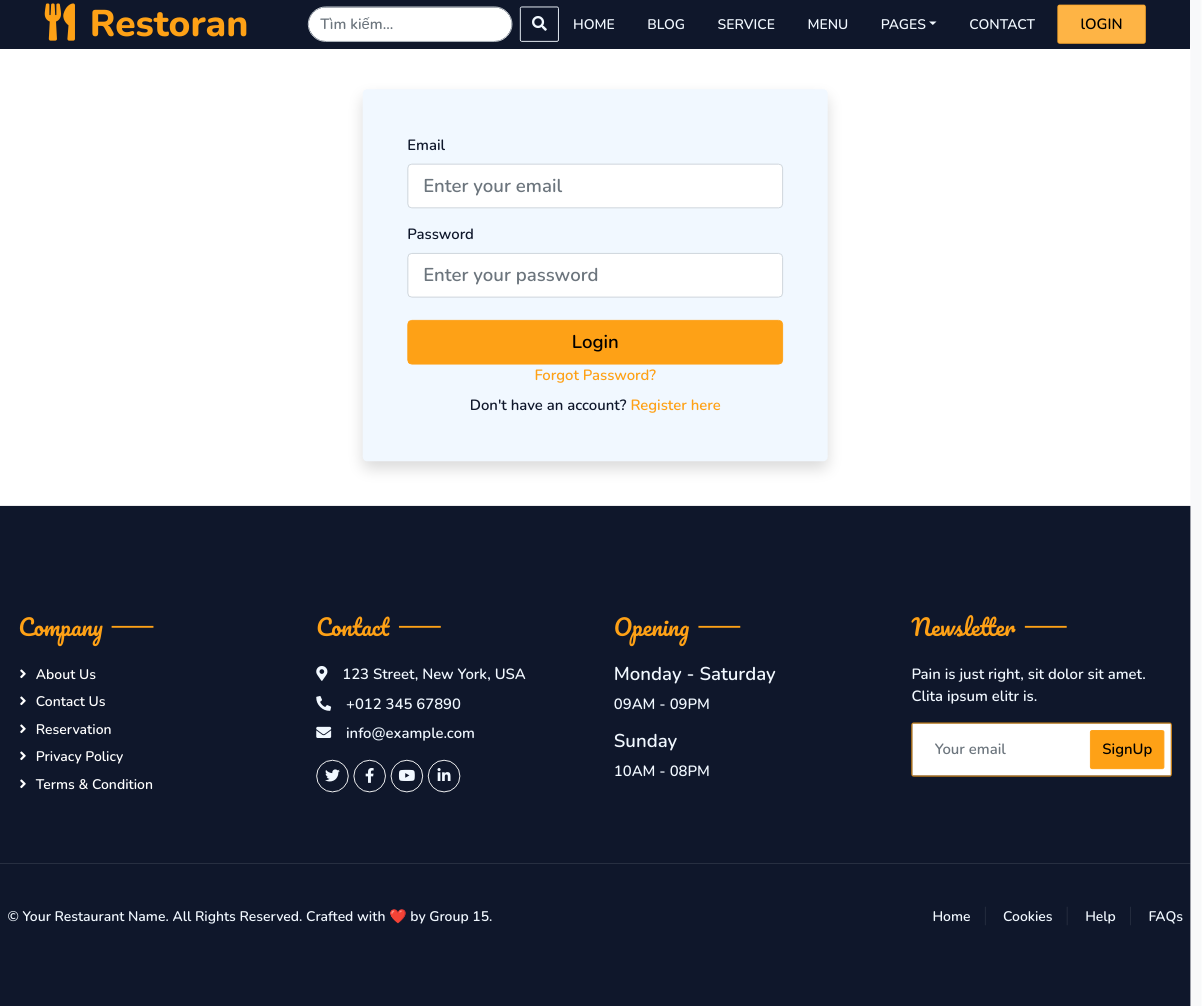
Repository: HoangKhangKhuPho4/Project_Web
Page: login.html
An editor plug-in stored every save of this project. The page is shown before and after the next save, followed by the edit.
The browser window is 1280 px wide. The page is 1292 px wide, so the pictures cover 1292 px, including what lies to the right of the window. The pictures show the whole page, at 93% of full size.
Some web libraries are served in a nearby version.

Above is the page before, as saved 2025-01-02 20:29:09.

After the next save:
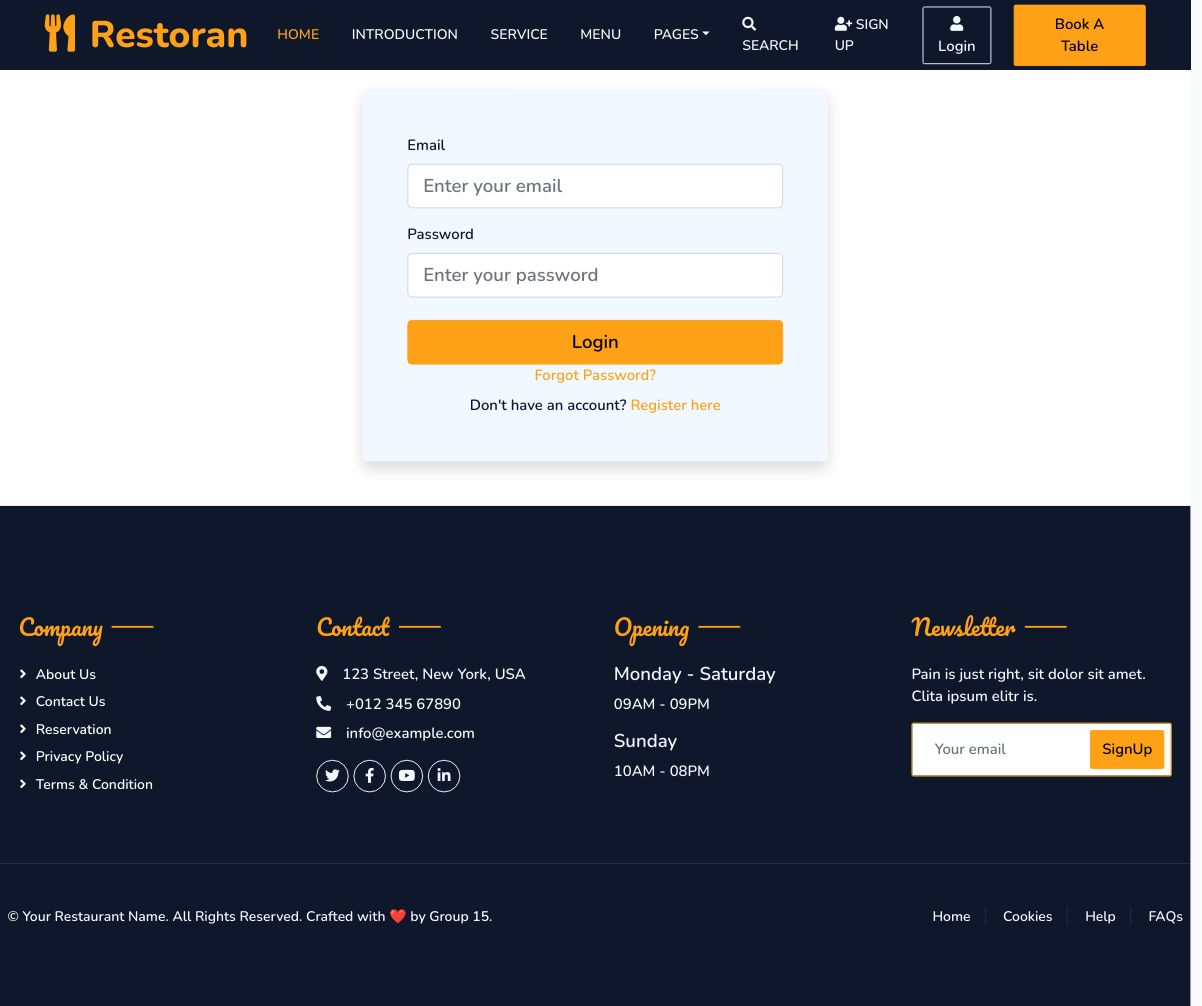
Saved 33 s later.
--- a/login.html
+++ b/login.html
@@ -49,46 +49,59 @@
         <div class="container-xxl position-relative p-0">
             <nav class="navbar navbar-expand-lg navbar-dark bg-dark px-4 px-lg-5 py-3 py-lg-0">
                 <div class="d-flex align-items-center">
-                    <a href="#" class="navbar-brand p-0">
-                        <h1 class="text-primary m-0">
-                            <i class="fa fa-utensils me-3"></i>Restoran
-                        </h1>
-                        <!-- <img src="img/logo.png" alt="Logo"> -->
+                  <a href="#" class="navbar-brand p-0">
+                    <h1 class="text-primary m-0">
+                      <i class="fa fa-utensils me-3"></i>Restoran
+                    </h1>
+                    <!-- <img src="img/logo.png" alt="Logo"> -->
+                  </a>
+                </div>
+
+                <button
+                  class="navbar-toggler"
+                  type="button"
+                  data-bs-toggle="collapse"
+                  data-bs-target="#navbarCollapse"
+                  aria-controls="navbarCollapse"
+                  aria-expanded="false"
+                  aria-label="Toggle navigation"
+                >
+                  <span class="fa fa-bars"></span>
+                </button>
+
+                <div class="collapse navbar-collapse" id="navbarCollapse">
+                  <div class="navbar-nav ms-auto py-0 pe-4">
+                    <a href="index.html" class="nav-item nav-link active">Home</a>
+                    <a href="introduction.html" class="nav-item nav-link">Introduction</a>
+                    <!-- Removed Blog Link -->
+                    <a href="service.html" class="nav-item nav-link">Service</a>
+                    <a href="menu.html" class="nav-item nav-link">Menu</a>
+                    <div class="nav-item dropdown">
+                      <a href="#" class="nav-link dropdown-toggle" data-bs-toggle="dropdown">Pages</a>
+                      <div class="dropdown-menu m-0">
+                        <a href="booking.html" class="dropdown-item">Booking</a>
+                        <a href="team.html" class="dropdown-item">Our Team</a>
+                        <a href="testimonial.html" class="dropdown-item">Testimonial</a>
+                        <!-- Added Blog and Contact -->
+                        <a href="blog.html" class="dropdown-item">Blog</a>
+                        <a href="contact.html" class="dropdown-item">Contact</a>
+                      </div>
+                    </div>
+                    <!-- Removed Contact Link -->
+                    <a href="search.html" class="nav-item nav-link">
+                      <i class="fa fa-search"></i> Search
                     </a>
-
-                    <!-- Thêm khoảng cách bằng cách sử dụng lớp ms-4 -->
-                    <form class="d-none d-lg-flex ms-5" role="search">
-                        <input class="form-control me-2" type="search" placeholder="Tìm kiếm..." aria-label="Search" />
-                        <button class="btn btn-outline-light" type="submit">
-                            <i class="fa fa-search"></i>
-                        </button>
-                    </form>
-                </div>
-
-                <button class="navbar-toggler" type="button" data-bs-toggle="collapse" data-bs-target="#navbarCollapse"
-                    aria-controls="navbarCollapse" aria-expanded="false" aria-label="Toggle navigation">
-                    <span class="fa fa-bars"></span>
-                </button>
-
-                <div class="collapse navbar-collapse" id="navbarCollapse">
-                    <div class="navbar-nav ms-auto py-0 pe-4">
-                        <a href="index.html" class="nav-item nav-link">Home</a>
-                        <a href="blog.html" class="nav-item nav-link">Blog</a>
-                        <a href="service.html" class="nav-item nav-link">Service</a>
-                        <a href="menu.html" class="nav-item nav-link">Menu</a>
-                        <div class="nav-item dropdown">
-                            <a href="#" class="nav-link dropdown-toggle" data-bs-toggle="dropdown">Pages</a>
-                            <div class="dropdown-menu m-0">
-                                <a href="booking.html" class="dropdown-item">Booking</a>
-                                <a href="team.html" class="dropdown-item">Our Team</a>
-                                <a href="testimonial.html" class="dropdown-item">Testimonial</a>
-                            </div>
-                        </div>
-                        <a href="contact.html" class="nav-item nav-link">Contact</a>
-                    </div>
-                    <a href="login.html" class="btn btn-primary py-2 px-4 active">lOGIN</a>
-                </div>
-            </nav>
+                    <a href="register.html" class="nav-item nav-link">
+                      <i class="fa fa-user-plus"></i> Sign up
+                    </a>
+                    <a href="login.html" class="btn btn-outline-light ms-2">
+                      <i class="fa fa-user"></i> Login
+                    </a>
+                  </div>
+
+                  <a href="booking.html" class="btn btn-primary py-2 px-4">Book A Table</a>
+                </div>
+              </nav>
         </div>
         <!-- Navbar & Hero End -->
 
